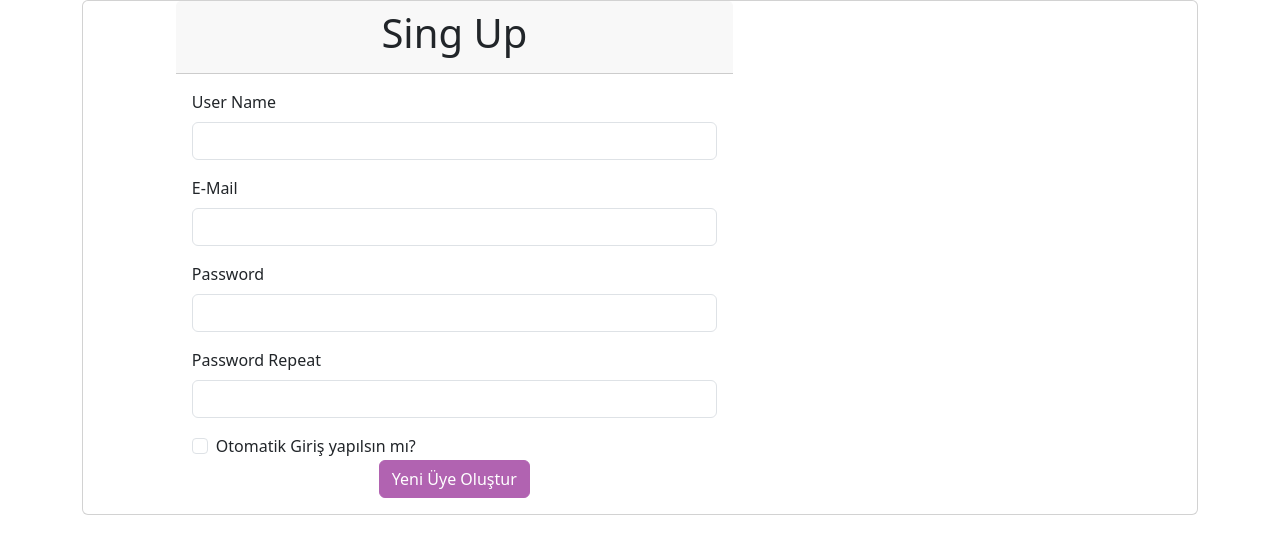
Repository: gursoyfahrettin20/startupProjectWeb
Page: /
These files come from the project's save history. The page is drawn as it stood at one moment and after the next save; the edit follows.
The browser window is 1280 px wide. The pictures show the whole page.
The project was rebuilt for these pictures with package versions that can differ from the ones it lists, and the page was loaded fresh each time. Also part of the build but not shown: vite.config.js.

Above is the page before, as saved 2024-01-18 00:03:13.

### index.html
<!doctype html>
<html lang="en">
  <head>
    <meta charset="UTF-8" />
    <link rel="icon" type="image/svg+xml" href="/vite.svg" />
    <meta name="viewport" content="width=device-width, initial-scale=1.0" />
    <title>Başlangıç Projesi</title>
  </head>
  <body>
    <div id="root"></div>
    <script type="module" src="/src/index.jsx"></script>
  </body>
</html>

### src/index.jsx
import * as React from 'react';
import { StrictMode } from 'react';
import { createRoot } from 'react-dom/client';
import SignUp from "./pages/SignUp"
import './index.scss'

const rootElement = document.getElementById('root');
const root = createRoot(rootElement);

root.render(
  <StrictMode>
    <SignUp/>
  </StrictMode>,
)

### src/pages/SignUp/index.jsx
import React, { useState, useEffect } from 'react';
import _ from 'lodash';
import { Spin } from 'antd';
import { LoadingOutlined } from '@ant-design/icons';
import { singUp } from "../../api/apiCalls.js";
import { FormItem } from "../../components/formItem/formItem.jsx";

function index() {
    const [username, setUsername] = useState();
    const [email, setEmail] = useState();
    const [password, setPassword] = useState();
    const [passwordRepeat, setPasswordRepeat] = useState();
    const [succesMessage, setSuccesMessage] = useState();
    const [submittable, setSubmittable] = useState(false);
    const [apiProgress, setApiProgress] = useState(false);
    const [errors, setErrors] = useState({});
    const [generalErrors, setGeneralErrors] = useState({});

    useEffect(() => {
        setErrors({})
    }, [username])

    const onSubmit = async (event) => {
        event.preventDefault();
        setSuccesMessage();
        setGeneralErrors();
        setApiProgress(true);
        const data = {
            username: username,
            email: email,
            password: password
        };
        try {
            const response = await singUp(data);
            setSuccesMessage(response.data?.message)
            setUsername();
            setPassword();
            setPasswordRepeat();
            setEmail();
        } catch (responseError) {
            if (responseError.response?.data && responseError.response?.data.status === 400) {
                setErrors(responseError.response?.data.validationErrors)
            }
            else {
                setGeneralErrors("Tahmin Edilemeyen Hatalarda gösterilecektir. / Unexpected error occured. Pleace try again.");
            }
        } finally {
            setApiProgress(false);
        }
    }

    // TODO: Sign Up butonu disabled durumlarına bakıyor.
    useEffect(() => {
        let _submittable = false;
        if (_.isUndefined(password) || _.isNull(password) || _.isEmpty(password)) {
            _submittable = false;
        } else if (password === passwordRepeat) {
            _submittable = true;
        }
        setSubmittable(_submittable);
    });


    return (
        <div className='container'>
            <form className='card' onSubmit={onSubmit}>
                <div className='col-lg-6 offset-lg-1 col-sm-8 offset-sm-2'>
                    <div className='text-center card-header'>
                        <h1>Sing Up</h1>
                    </div>
                    <div className='card-body'>
                        <FormItem
                            name="username"
                            label="User Name"
                            errors={errors.username}
                            onChange={(e) => setUsername(e.target.value)}
                        />
                        <FormItem
                            name="email"
                            label="E-Mail"
                            errors={errors.email}
                            onChange={(e) => setEmail(e.target.value)}
                        />
                        <FormItem
                            name="password"
                            label="Password"
                            errors={errors.password}
                            type="password"
                            onChange={(e) => setPassword(e.target.value)}
                        />
                        <FormItem
                            name="passwordRepeat"
                            label="Password Repeat"
                            errors={errors.passwordRepeat}
                            type="password"
                            onChange={(e) => setPasswordRepeat(e.target.value)}
                        />
                        <div className="form-check">
                            <input className="form-check-input" type="checkbox" value="" id="flexCheckDefault"/>
                                <label className="form-check-label" htmlFor="flexCheckDefault">
                                   Otomatik Giriş yapılsın mı?
                                </label>
                        </div>
                        <div className='text-center'>
                            <button className='btn btn-primary' disabled={apiProgress ? apiProgress : !submittable}>
                                <Spin style={{ display: apiProgress ? "inline" : "none" }}
                                    indicator={<LoadingOutlined style={{ fontSize: 24, marginRight: 15 }} spin />} />
                                {apiProgress ? "Yeni Üye Oluşturuluyor..." : "Yeni Üye Oluştur"}
                            </button>
                        </div>
                    </div>
                </div>
            </form >
        </div >
    );
}
export default index;

### src/index.scss
$primary: #818;

@import "../node_modules/bootstrap/scss/bootstrap.scss";

### src/api/apiCalls.js
import axios from "axios";

export const changeLanguage = lang => {
    axios.defaults.headers['accept-language'] = lang;
}

export const getBaseUrl = () => {
     return import.meta.env.VITE_REACT_APP_REST_SERVICE_URL;
}

export const saveUser = body => {
    return axios.post(getBaseUrl() + '/users', body);
}

export const singUp = body => {
    return axios.post(getBaseUrl() + '/users', body);
}

export const login = data => {
    return axios.post(getBaseUrl() + '/auth', {}, {auth: data});
}

export const getUsers = (page, size) => {
    return axios.get(getBaseUrl() + `/users?currentPage=${page ? page : 0}&pageSize=${size ? size : 3}`);
}

export const setAuthorizationHeader = ({username, password, isLoggedIn}) => {
    if (isLoggedIn) {
        let authorizationHeaderValue = `Basic ${btoa(username + ':' + password)}`
        axios.defaults.headers['Authorization'] = authorizationHeaderValue;
    } else {
        delete axios.defaults.headers['Authorization'];
    }
}

export const getUser = (userName) => {
    return axios.get(getBaseUrl() + `/users/${userName}`);
}

export const updateUser = (userName, body) => {
    return axios.put(getBaseUrl() + `/users/${userName}`, body);
}

export const postHoax = hoax => {
    return axios.post(getBaseUrl() + "/hoaxes", hoax);
}

export const getHoaxes = (userName, page = 0) => {
    const path = userName ? `/users/${userName}/hoaxes?currentPage=` : "/hoaxes?currentPage="
    return axios.get(getBaseUrl() + path + page);
}

export const getOldHoaxes = (id, userName) => {
    const path = userName ? `/users/${userName}/hoaxes/${id}` : `/hoaxes/${id}`;
    return axios.get(getBaseUrl() + path);
}

### src/components/formItem/formItem.jsx
import React, { useState } from 'react';

export function FormItem({ name, label, onChange, errors, type }) {

    return (
        <div className='mb-3'>
            <label className='form-label' htmlFor={name}> {label} </label>
            <input id={name} className={errors ? 'form-control is-invalid' : 'form-control'} type={type ? type : "text"} onChange={onChange} />
            <div className='invalid-feedback'>{errors}</div>
        </div>
    );
}

export default FormItem;

After the next save:
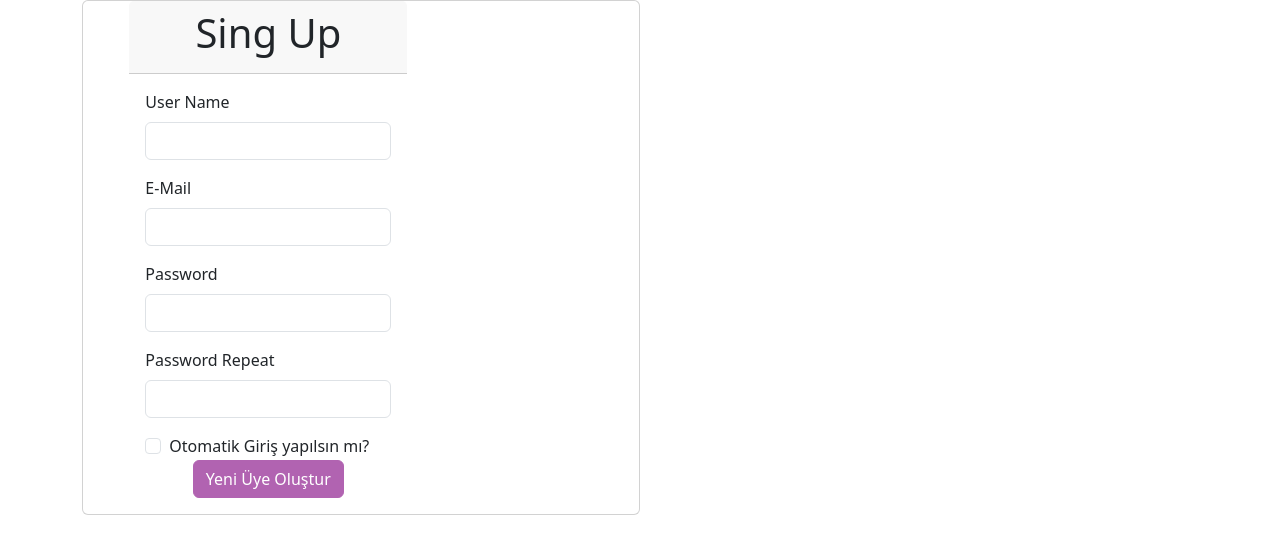
Saved 80 s later.
--- a/src/pages/SignUp/index.jsx
+++ b/src/pages/SignUp/index.jsx
@@ -63,7 +63,7 @@ function index() {
 
     return (
         <div className='container'>
-            <form className='card' onSubmit={onSubmit}>
+            <form className='card col-lg-6' onSubmit={onSubmit}>
                 <div className='col-lg-6 offset-lg-1 col-sm-8 offset-sm-2'>
                     <div className='text-center card-header'>
                         <h1>Sing Up</h1>
